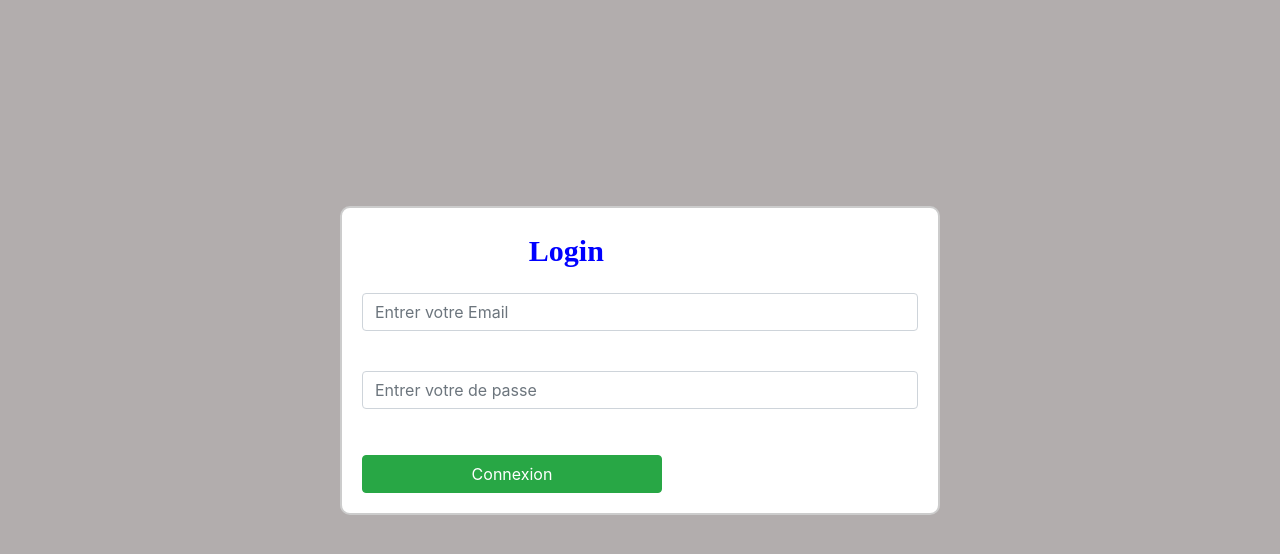
Repository: DiaryRz/FrontWeb
Page: /
An editor plug-in stored every save of this project. The page is shown before and after the next save, followed by the edit.
The browser window is 1280 px wide. The pictures show the whole page.
The project was rebuilt for these pictures with package versions that can differ from the ones it lists, and the page was loaded fresh each time. Also part of the build but not shown: src/component/css/Header.css, src/component/Header.jsx, src/page/css/AppAffichage.css, src/component/css/NavBar.css, src/component/NavBar.jsx, src/component/css/Model.css, src/component/InsertModel.jsx, src/page/AppAffichage.jsx and 26 more.

Above is the page before, as saved 2024-01-28 21:05:32.

### src/App.js
import AppAffichage from './page/AppAffichage';
import Liste from './page/Carburant';
import InsertionBoiteDeVitesse from './page/BoiteDeVitesse';
import InsertionLieu from './page/Lieu';
import InsertionMarque from './page/Marque';
import ListeDesLieux from './page/SelectLieu';
import Login from './component/Login';
import InsertionCategorie from './component/InsertionCategorie';
import ListeCarburant from './page/ListeCarburant';
import ListeCategorie from './page/ListeCategorie';
import Recherche from './page/Recherche';
import AnnonceAValider from './page/AnnonceAValiderPage';
import Chart from './page/ChartPage';
import { BrowserRouter, Route, Routes } from 'react-router-dom';
import ListeDesVit from './page/ListeBoiteDeVitessePage';
import ListeDesMar from './page/ListeMarquePage';

function App() {
  return (
    <div className="App">
      <BrowserRouter>
        <Routes>
          <Route path='/' element = {<Login/> }></Route>
          <Route path='/insertionModel' element={ <AppAffichage /> }></Route>     {/* Insertion model */}
          <Route path='/InsertionCarburant' element={ <Liste /> }></Route>
          <Route path='/InsertionBoiteDeVitesse' element={ <InsertionBoiteDeVitesse /> }></Route>
          <Route path='/InsertionLieu' element={ <InsertionLieu /> }></Route>
          <Route path='/InsertionMarque' element={ <InsertionMarque /> }></Route>
          <Route path='/SelectLieu' element={ <ListeDesLieux /> }></Route>
          <Route path='/insertionCategorie' element = {<InsertionCategorie/> }></Route>
          <Route path='/ListeCarburant' element = {<ListeCarburant/> }></Route>
          <Route path='/Recherche' element = {<Recherche/> }></Route>
          <Route path='/ListeCategorie' element = {<ListeCategorie/> }></Route>
          <Route path='/ListeBoiteVitesse' element = {<ListeDesVit/> }></Route>
          <Route path='/ListeMarque' element = {<ListeDesMar/> }></Route>
          <Route path='/AnnonceAValider' element = {<AnnonceAValider/> }></Route>
          <Route path='/statistic' element = {<Chart/> }></Route>
        </Routes>
      </BrowserRouter>
    </div>
  );
}

export default App;

### src/component/Login.js
import React, { useState } from 'react';
import { useNavigate } from 'react-router-dom';


 /* Login.css */
 const loginContainer = {
    display:'flex',
    justifyContent: 'center',
    alignItems: 'center',
    height: '100vh',
    background: '#b2adad',
};


const loginForm = {
    width: '600px',
    padding: '20px',
    border: '2px solid #ccc',
    borderRadius:'10px',
    backgroundColor: 'white',

};

const Login = () => {
    const [nomUtilisateur, setnomUtilisateur] = useState('');
    const [mdp, setmdp] = useState('');
    const navigate = useNavigate();

    const Inserer = async (e) => {
        e.preventDefault();
        const lieu = { nomUtilisateur, mdp };

        try {
            const response = await fetch('http://localhost:8081/utilisateurs/verifierUser', {
                method: 'POST',
                headers: { 'Content-Type': 'application/json' },
                body: JSON.stringify(lieu),
            });

            if (!response.ok) {
                throw new Error(`Erreur lors de la requête : ${response.status}`);
            } else {
                const responseData = await response.text();

                localStorage.setItem("token", responseData);
                console.log(localStorage.getItem("token"));
                navigate('/insertionModel');
            }
        } catch (error) {
            console.error('Une erreur s\'est produite lors de la requête :', error.message);
            // Vous pouvez ajouter ici la gestion de l'erreur, par exemple afficher un message à l'utilisateur.
        }
    };


    return (
        <form onSubmit={Inserer}>
           <div style={loginContainer}>
                    <form style={loginForm}>
                        <div style={{ fontSize: '30px',fontFamily:'serif', marginBottom: '20px' ,color:'blue',marginLeft:'30%'}}><b>Login</b></div>
                        <div className="mb-3">
                            <input type="email" className="form-control" placeholder="Entrer votre Email" value={nomUtilisateur} onChange={(e) => setnomUtilisateur(e.target.value)} />
                        </div>
                        <div className="mb-3" style={{marginTop:'40px'}}>
                            <input type="password" className="form-control" placeholder="Entrer votre de passe" value={mdp} onChange={(e) => setmdp(e.target.value)} />
                        </div>
                        <button type="submit" className="btn btn-success" style={{width:'300px',marginTop:'30px'}}>
                            Connexion
                        </button>
                    </form>

                </div>
        </form>
    );
};

export default Login;

Loaded but not shown: public/index.html (common file); src/index.js (common file); src/index.css (common file); src/reportWebVitals.js (common file); src/assets/bootstrap/css/bootstrap.min.css (library)

After the next save:
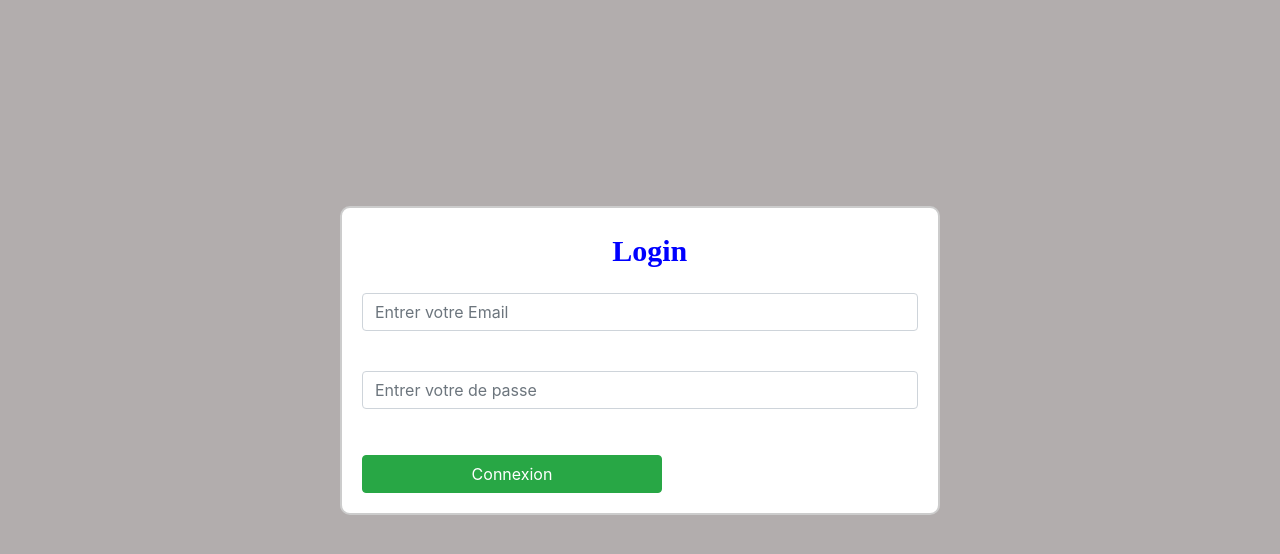
Saved 14 s later.
--- a/src/component/Login.js
+++ b/src/component/Login.js
@@ -57,7 +57,7 @@ const Login = () => {
         <form onSubmit={Inserer}>
            <div style={loginContainer}>
                     <form style={loginForm}>
-                        <div style={{ fontSize: '30px',fontFamily:'serif', marginBottom: '20px' ,color:'blue',marginLeft:'30%'}}><b>Login</b></div>
+                        <div style={{ fontSize: '30px',fontFamily:'serif', marginBottom: '20px' ,color:'blue',marginLeft:'45%'}}><b>Login</b></div>
                         <div className="mb-3">
                             <input type="email" className="form-control" placeholder="Entrer votre Email" value={nomUtilisateur} onChange={(e) => setnomUtilisateur(e.target.value)} />
                         </div>
